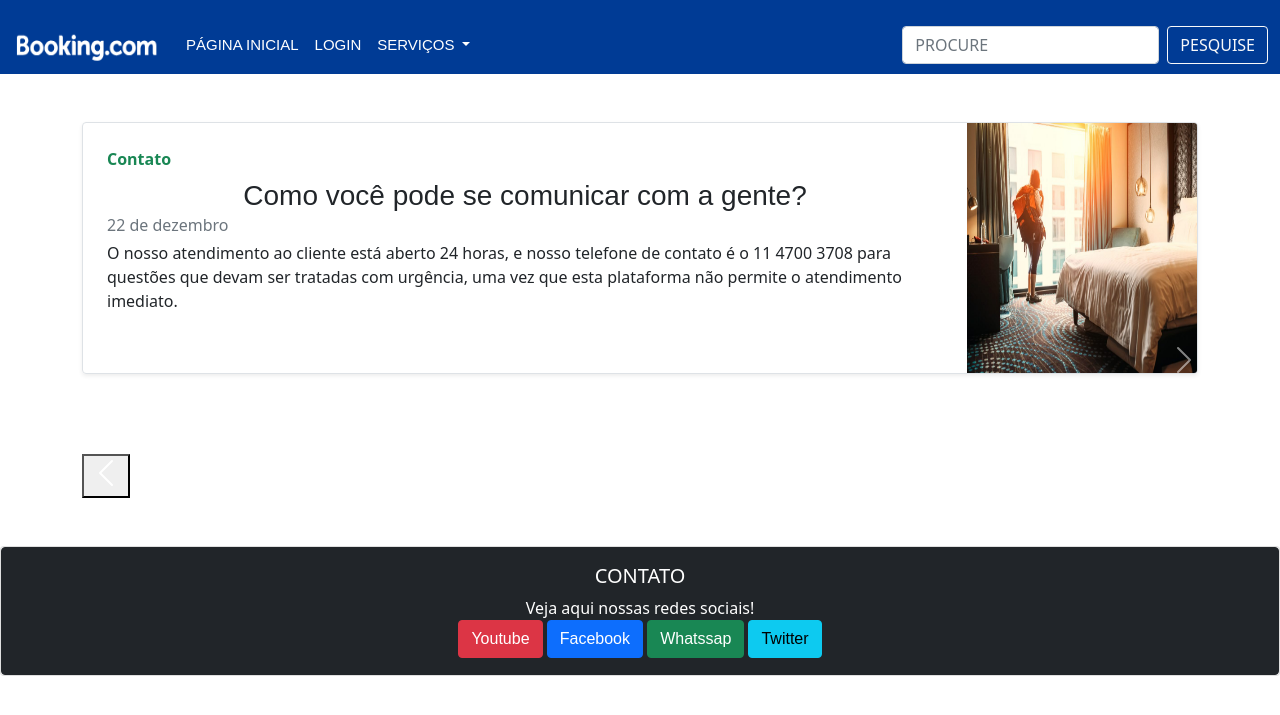
Repository: AnaLuizaDias/INB0243-
Page: contato.html
The author's editor kept a copy of each file at every save. The page is drawn from the files as they stood at one save, then again after the next save.
The browser window is 1280 px wide. The pictures show the whole page.

Above is the page before, as saved 2023-10-25 16:13:43.

### contato.html
<!DOCTYPE html>
<html lang="pt-br">
  <head>
    <meta charset="UTF-8" />
    <meta
      name="viewport"
      content="width=device-width,
    initial-scale=1.0"
    />
    <title>Booking</title>
    <link rel="stylesheet" href="style.css" />
    <script
      src="https://cdn.jsdelivr.net/npm/bootstrap@5.1.3/dist/js/bootstrap.bundle.min.js"
      integrity="sha384-ka7Sk0Gln4gmtz2MlQnikT1wXgYsOg+OMhuP+IlRH9sENBO0LRn5q+8nbTov4+1p"
      crossorigin="anonymous"
    ></script>
    <link
      href="https://cdn.jsdelivr.net/npm/bootstrap@5.1.3/dist/css/bootstrap.min.css"
      rel="stylesheet"
      integrity="sha384-1BmE4kWBq78iYhFldvKuhfTAU6auU8tT94WrHftjDbrCEXSU1oBoqyl2QvZ6jIW3"
      crossorigin="anonymous"
    />
  </head>
  <body style="background-color: white">
    <nav class="navbar navbar-expand-lg navbar-light cor1">
      <div class="container-fluid 4"></div>
    </nav>

    <nav class="navbar navbar-expand-lg navbar-light cor1">
      <div class="container-fluid 4">
        <img src="images/booking.png" alt="Imagem" height="42" width="150" />
        <a class="navbar-brand text-white" href=""></a>
        <button
          class="navbar-toggler"
          type="button"
          data-bs-toggle="collapse"
          data-bs-target="#navbarScroll"
          aria-controls="navbarScroll"
          aria-expanded="false"
          aria-label="Toggle navigation"
        >
          <span class="navbar-toggler-icon"></span>
        </button>
        <div class="collapse navbar-collapse" id="navbarScroll">
          <ul
            class="navbar-nav me-auto my-2 my-lg-0 navbar-nav-scroll"
            style="--bs-scroll-height: 100px"
          >
            <li class="nav-item">
              <a
                class="nav-link active text-white"
                aria-current="page"
                href="index.html"
                >PÁGINA INICIAL</a
              >
            </li>
            <li class="nav-item teste">
              <a class="nav-link text-white" href="login.html">LOGIN</a>
            </li>
            <li class="nav-item dropdown">
              <a
                class="nav-link dropdown-toggle text-white"
                href="#"
                id="navbarScrollingDropdown"
                role="button"
                data-bs-toggle="dropdown"
                aria-expanded="false"
              >
                SERVIÇOS
              </a>
              <ul
                class="dropdown-menu"
                aria-labelledby="navbarScrollingDropdown"
              >
                <li><a class="dropdown-item" href="pass.html">PASSAGENS</a></li>
                <li><a class="dropdown-item" href="hot.html">HOSPEDAGEM</a></li>
                <li><a class="dropdown-item" href="loc.html">LOCOMOÇÃO</a></li>
                <li><a class="dropdown-item" href="localizacao.html">LOCALIZAÇÃO</a></li>
              <li><a class="dropdown-item" href="faq.html">FAQ</a></li>
              <li><a class="dropdown-item" href="contato.html">CONTATO</a></li>
                <li>
                  <hr class="dropdown-divider" />
                </li>
                <li>
                  <a class="dropdown-item" href="relat.html">EXPERIÊNCIAS</a>
                </li>
              </ul>
            </li>
            <li class="nav-item text-white">
              <a class="nav-link disabled"></a>
            </li>
          </ul>
          <form class="d-flex">
            <input
              class="form-control me-2"
              type="search"
              placeholder="PROCURE"
              aria-label="Search"
            />
            <button class="btn btn-outline-light" type="submit">
              PESQUISE
            </button>
          </form>
        </div>
      </div>
    </nav>
    <br /><br />

    <main class="container">
      <div class="row mb-2">
        <div class="col-md-12">
          <div
            class="row g-0 border rounded overflow-hidden flex-md-row mb-4 shadow-sm h-md-250 position-relative"
          >
            <div class="col p-4 d-flex flex-column position-static">
              <strong class="d-inline-block mb-2 text-success">Contato</strong>
              <h3 class="mb-0">Como você pode se comunicar com a gente?</h3>
              <div class="mb-1 text-muted">22 de dezembro</div>
              <p class="card-text mb-auto">
                O nosso atendimento ao cliente está aberto 24 horas, e nosso telefone de contato é o 11 4700 3708 para questões que devam ser tratadas com urgência, uma vez que esta plataforma não permite o atendimento imediato.
              </p>
            </div>
            <div class="col-auto d-none d-lg-block">
              <img src="images/hospedagem.jpg" width="230" height="250" />
            </div>
          </div>
        </div>

      </div>

      <br /><br />

        <button
          class="carousel-control-prevO nosso atendimento ao cliente está aberto 24 horas, e nosso telefone de contato é o 11 4700 3708 para questões que devam ser tratadas com urgência, uma vez que esta plataforma não permite o atendimento imediato."
          type="button"
          data-bs-target="#carouselExampleDark"
          data-bs-slide="prev"
        >
          <span class="carousel-control-prev-icon" aria-hidden="true"></span>
          <span class="visually-hidden">Previous</span>
        </button>
        <button
          class="carousel-control-next"
          type="button"
          data-bs-target="#carouselExampleDark"
          data-bs-slide="next"
        >
          <span class="carousel-control-next-icon" aria-hidden="true"></span>
          <span class="visually-hidden">Next</span>
        </button>
      </div>
    </main>
    <br /><br />
    <div class="card text-center">
      <div class="card-body btn btn-dark">
        <h5 class="card-title">CONTATO</h5>
        <p class="card-text">
          Veja aqui nossas redes sociais!<br />
          <a href="https://www.youtube.com/?hl=pt&gl=BR" class="btn btn-danger"
            >Youtube</a
          >
          <a href="https://pt-br.facebook.com/" class="btn btn-primary"
            >Facebook</a
          >
          <a href="https://web.whatsapp.com/" class="btn btn-success"
            >Whatssap</a
          >
          <a href="https://twitter.com/login?lang=pt" class="btn btn-info"
            >Twitter</a
          >
        </p>
      </div>
    </div>
  </body>
</html>

### style.css
@import url('https://fonts.googleapis.com/css2?family=Bangers&display=swap');
@import url('https://fonts.googleapis.com/css2?family=Bangers&family=Bebas+Neue&display=swap');
@import url('https://fonts.googleapis.com/css2?family=Karla:ital,wght@1,300&display=swap');
.li {
    color: white;
}
.cor1{
    background-color: #003B95;
}
.cor2{
    background-color: #544eff;
}

body{
    background-color: #544eff ;
}
.cor3{
    background-color: #8F8CDB;
}
.teste {
    font-family: Arial, sans;
    color:white;
}

a{
    font-family:Arial, Helvetica, sans-serif;
    font-size:15px;
}
.navbar-brand {
    font-size: 30px;
}
cardy-body{
    padding: 20px;
}
.card1{
   width: 30%;
}
.foto1{
    width:50%;
}
.direita{
    float: right;
    width: 50%;
    padding-left: 5%;
    text-align: justify;
}
.esquerda{
    text-align: justify;
}
.form-signin {
    width: 100%;
    max-width: 330px;
    padding: 15px;
    margin: auto;
    font-family:'Times New Roman', Times, serif
  }

  .form-signin .checkbox {
    font-weight: 400;
  }

  .form-signin .form-floating:focus-within {
    z-index: 2;
  }

  .form-signin input[type="email"] {
    margin-bottom: -1px;
    border-bottom-right-radius: 0;
    border-bottom-left-radius: 0;
  }

  .form-signin input[type="password"] {
    margin-bottom: 10px;
    border-top-left-radius: 0;
    border-top-right-radius: 0;
  }
  h1, label{
    font-family: 'Segoe UI', Tahoma, Geneva, Verdana, sans-serif;
 }

 .cor{
     color: #fff;
 }
 .font{
     font-family: 'Segoe UI', Tahoma, Geneva, Verdana, sans-serif;
 }
 .conta{
    padding: 20px;
 }
 .ola{
    padding:20px;
 }
.formulario{
    padding:20px;
}
h3{
    text-align: center;
    font-family:Arial, Helvetica, sans-serif;
    font-size: 20px;
}

 .localizacao{
    align-content: center;
    padding-left: 30px;
 }

After the next save:
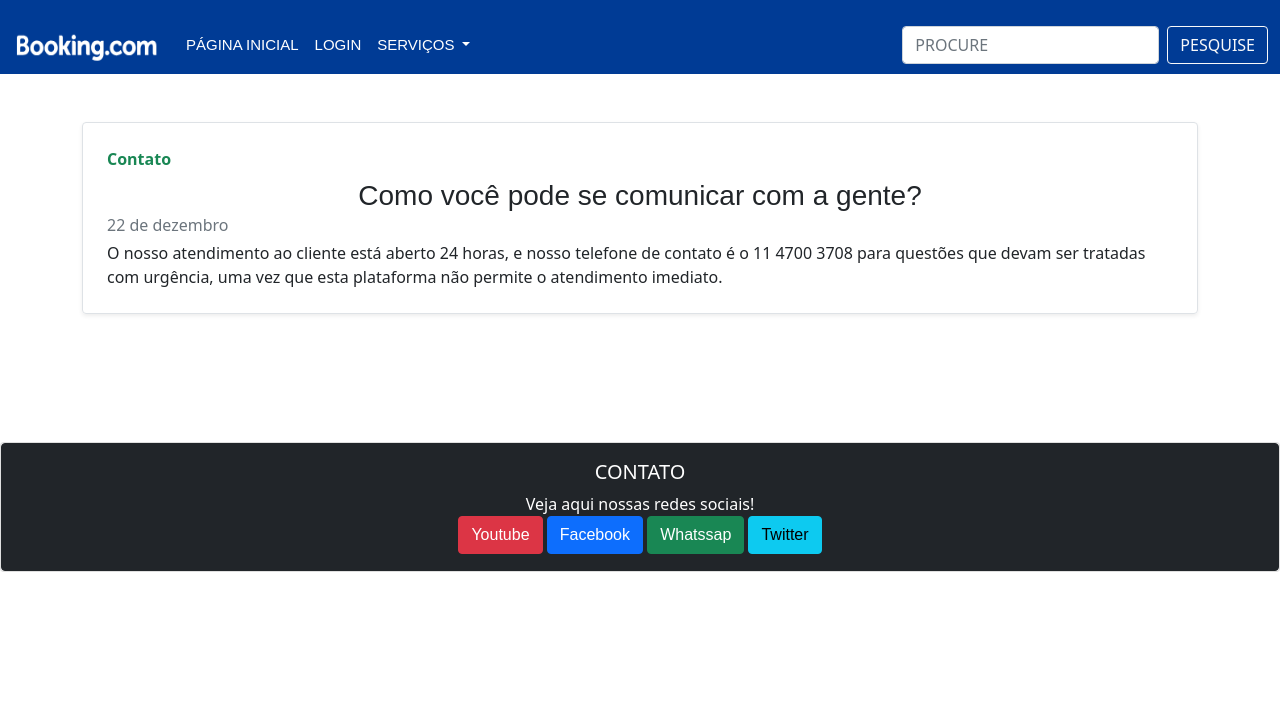
Saved 19 s later.
--- a/contato.html
+++ b/contato.html
@@ -120,9 +120,6 @@
                 O nosso atendimento ao cliente está aberto 24 horas, e nosso telefone de contato é o 11 4700 3708 para questões que devam ser tratadas com urgência, uma vez que esta plataforma não permite o atendimento imediato.
               </p>
             </div>
-            <div class="col-auto d-none d-lg-block">
-              <img src="images/hospedagem.jpg" width="230" height="250" />
-            </div>
           </div>
         </div>
 
@@ -130,24 +127,7 @@
 
       <br /><br />
 
-        <button
-          class="carousel-control-prevO nosso atendimento ao cliente está aberto 24 horas, e nosso telefone de contato é o 11 4700 3708 para questões que devam ser tratadas com urgência, uma vez que esta plataforma não permite o atendimento imediato."
-          type="button"
-          data-bs-target="#carouselExampleDark"
-          data-bs-slide="prev"
-        >
-          <span class="carousel-control-prev-icon" aria-hidden="true"></span>
-          <span class="visually-hidden">Previous</span>
-        </button>
-        <button
-          class="carousel-control-next"
-          type="button"
-          data-bs-target="#carouselExampleDark"
-          data-bs-slide="next"
-        >
-          <span class="carousel-control-next-icon" aria-hidden="true"></span>
-          <span class="visually-hidden">Next</span>
-        </button>
+
       </div>
     </main>
     <br /><br />
